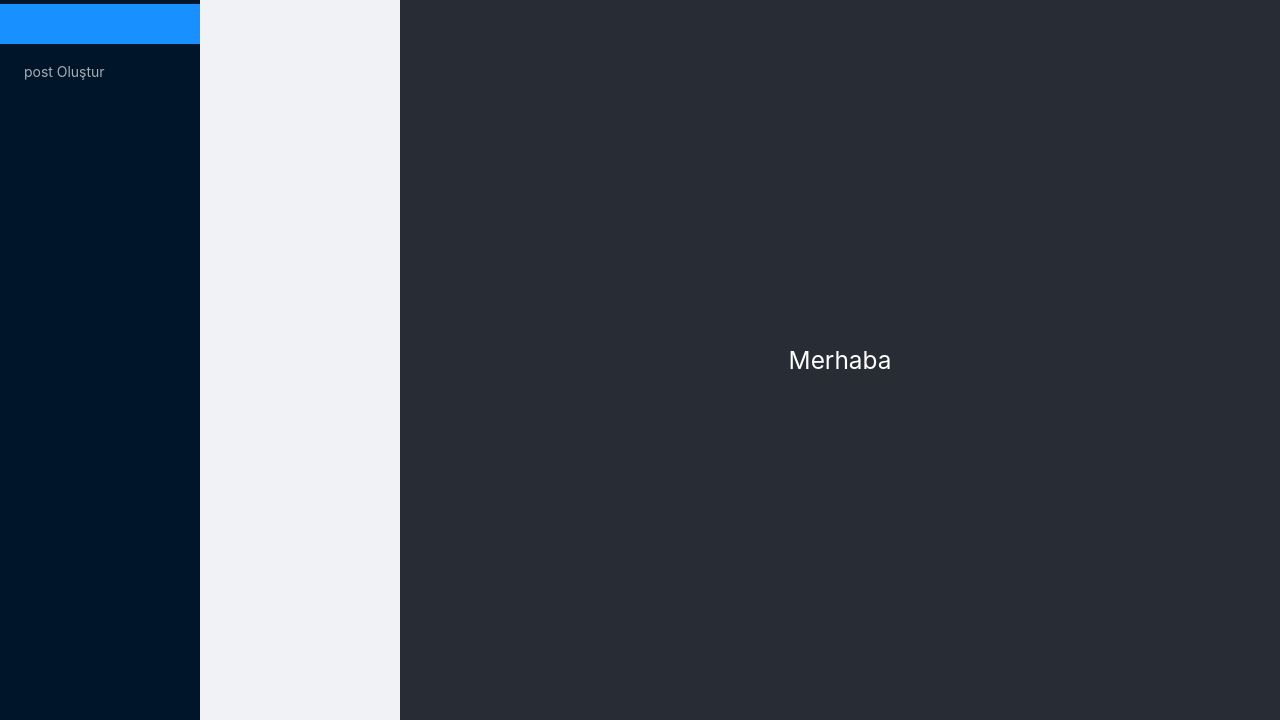
Repository: sevilgenysf/my-blog
Page: /
The author's editor kept a copy of each file at every save. The page is drawn from the files as they stood at one save, then again after the next save.
The browser window is 1280 px wide. The pictures show the whole page.
The project was rebuilt for these pictures with package versions that can differ from the ones it lists, and the page was loaded fresh each time. Also part of the build but not shown: src/components/Sidebar/Sidebar.css.

Above is the page before, as saved 2022-08-18 14:39:48.

### src/index.js
import React from 'react';
import ReactDOM from 'react-dom/client';
import './index.css';
import App from './App';
import reportWebVitals from './reportWebVitals';
import 'antd/dist/antd.css';
import MainLayout from './layouts/Main/MainLayout';

const root = ReactDOM.createRoot(document.getElementById('root'));
root.render(
	<React.StrictMode>
		<MainLayout>
			<App />
		</MainLayout>
	</React.StrictMode>
);

// If you want to start measuring performance in your app, pass a function
// to log results (for example: reportWebVitals(console.log))
// or send to an analytics endpoint. Learn more: https://bit.ly/CRA-vitals
reportWebVitals();

### src/App.js
import logo from './logo.svg';
import './App.css';

function App() {
	return (
		<div className="App">
			<header className="App-header">Merhaba</header>
		</div>
	);
}

export default App;

### src/layouts/Main/MainLayout.js
import React from 'react';
import './MainLayout.css';
import { Layout } from 'antd';
import Sidebar from '../../components/Sidebar/Sidebar';

function MainLayout(props) {
	return (
		<Layout>
			<Sidebar />
			<Layout style={{ marginLeft: '200px' }}>
				{/* header */}
				{/* content */}
				{props.children}
			</Layout>
		</Layout>
	);
}

export default MainLayout;

### src/components/Sidebar/Sidebar.js
import React from 'react';
import { Menu, Layout } from 'antd';
import './Sidebar.css';
import { Link } from 'react-router-dom';

function Sidebar() {
	return (
		<Layout.Sider className="sidebar">
			<Menu theme="dark" mode="inline" defaultSelectedKeys={['/']}>
				<Menu.Item key="/">{/* <Link to="/">Ana Sayfa</Link> */}</Menu.Item>
				<Menu.Item key="/post/create-post">
					{/* <Link to="/post/create-post">Post Oluştur</Link> */}
					post Oluştur
				</Menu.Item>
			</Menu>
		</Layout.Sider>
	);
}

export default Sidebar;

Loaded but not shown: public/index.html (common file); src/index.css (common file); src/reportWebVitals.js (common file); src/App.css (common file); src/layouts/Main/MainLayout.css (no stored copy; drawn as an empty file)

After the next save:
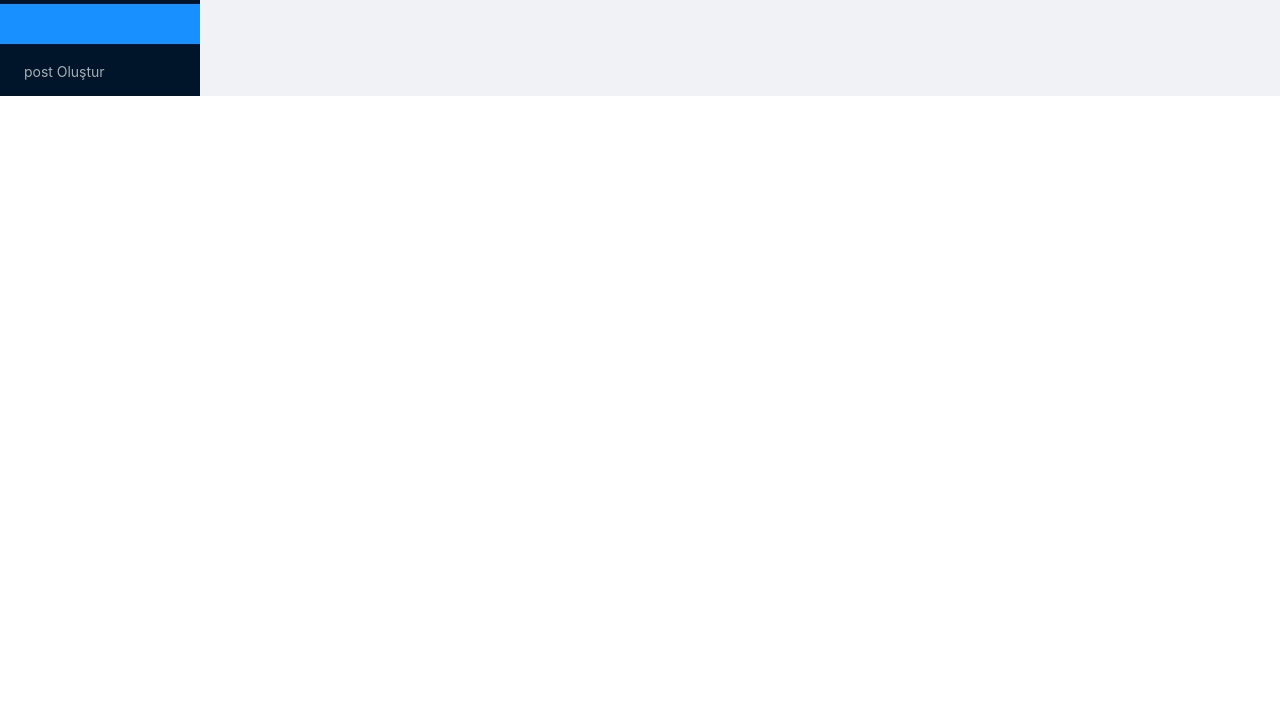
Saved 5 min 50 s later.
--- a/src/App.js
+++ b/src/App.js
@@ -2,11 +2,7 @@
 import './App.css';
 
 function App() {
-	return (
-		<div className="App">
-			<header className="App-header">Merhaba</header>
-		</div>
-	);
+	return <div className="App"></div>;
 }
 
 export default App;

After the save that followed:
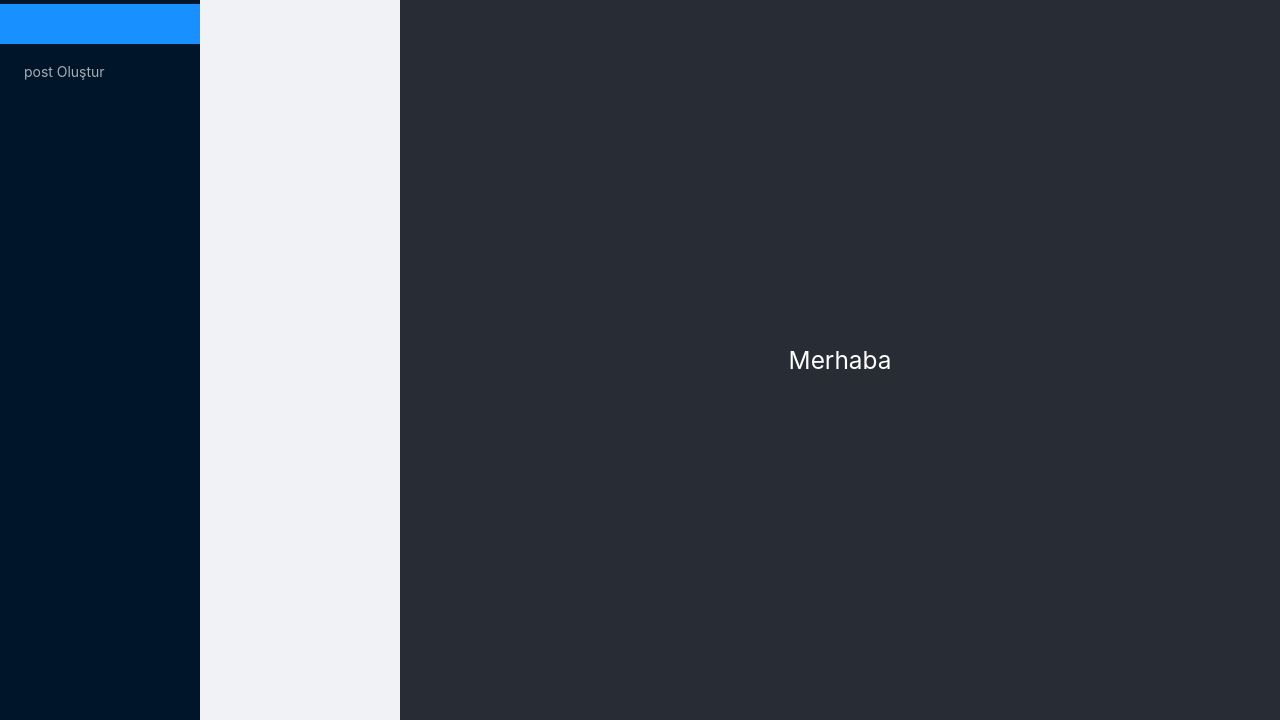
Saved 15 s later.
--- a/src/App.js
+++ b/src/App.js
@@ -2,7 +2,11 @@
 import './App.css';
 
 function App() {
-	return <div className="App"></div>;
+	return (
+		<div className="App">
+			<header className="App-header">Merhaba</header>
+		</div>
+	);
 }
 
 export default App;
